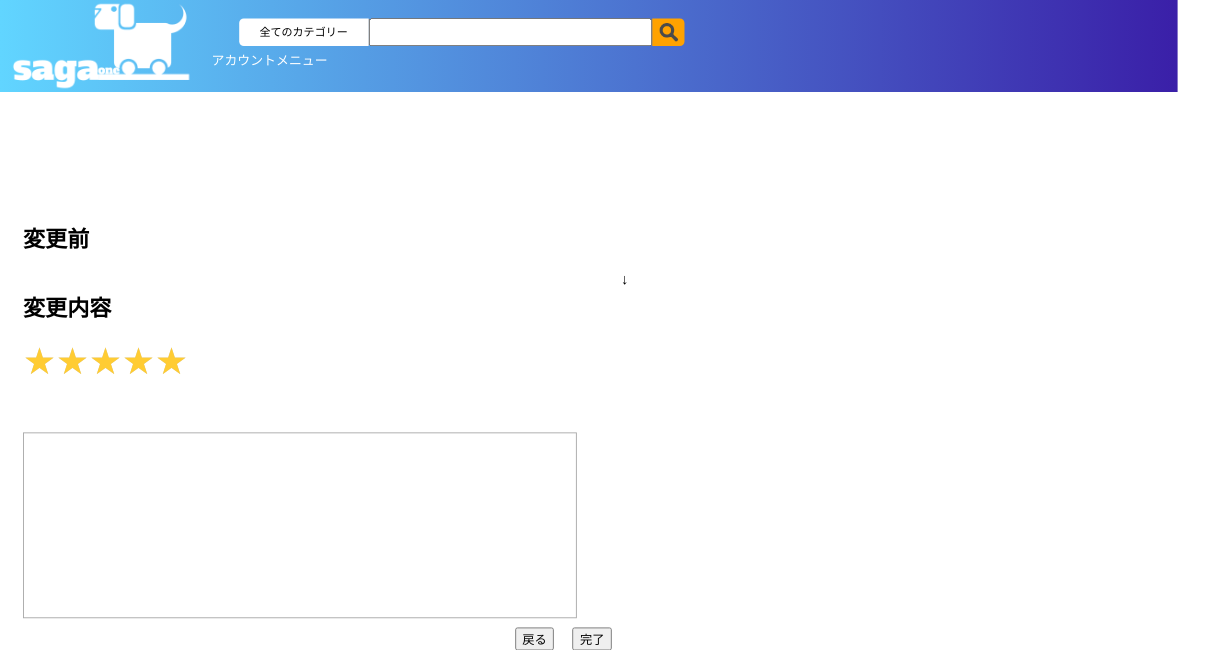
Repository: a4b3c2d1/backup
Page: http://localhost/sagaone-master/reviewChangeConfirm.jsp
The author's editor kept a copy of each file at every save. The page is drawn from the files as they stood at one save, then again after the next save.
The browser window is 1280 px wide. The page is 1315 px wide, so the pictures cover 1315 px, including what lies to the right of the window. The pictures show the whole page, at 92% of full size.
The page is served by Tomcat 9.

Above is the page before, as saved 2018-01-21 11:29:06.

After the next save:
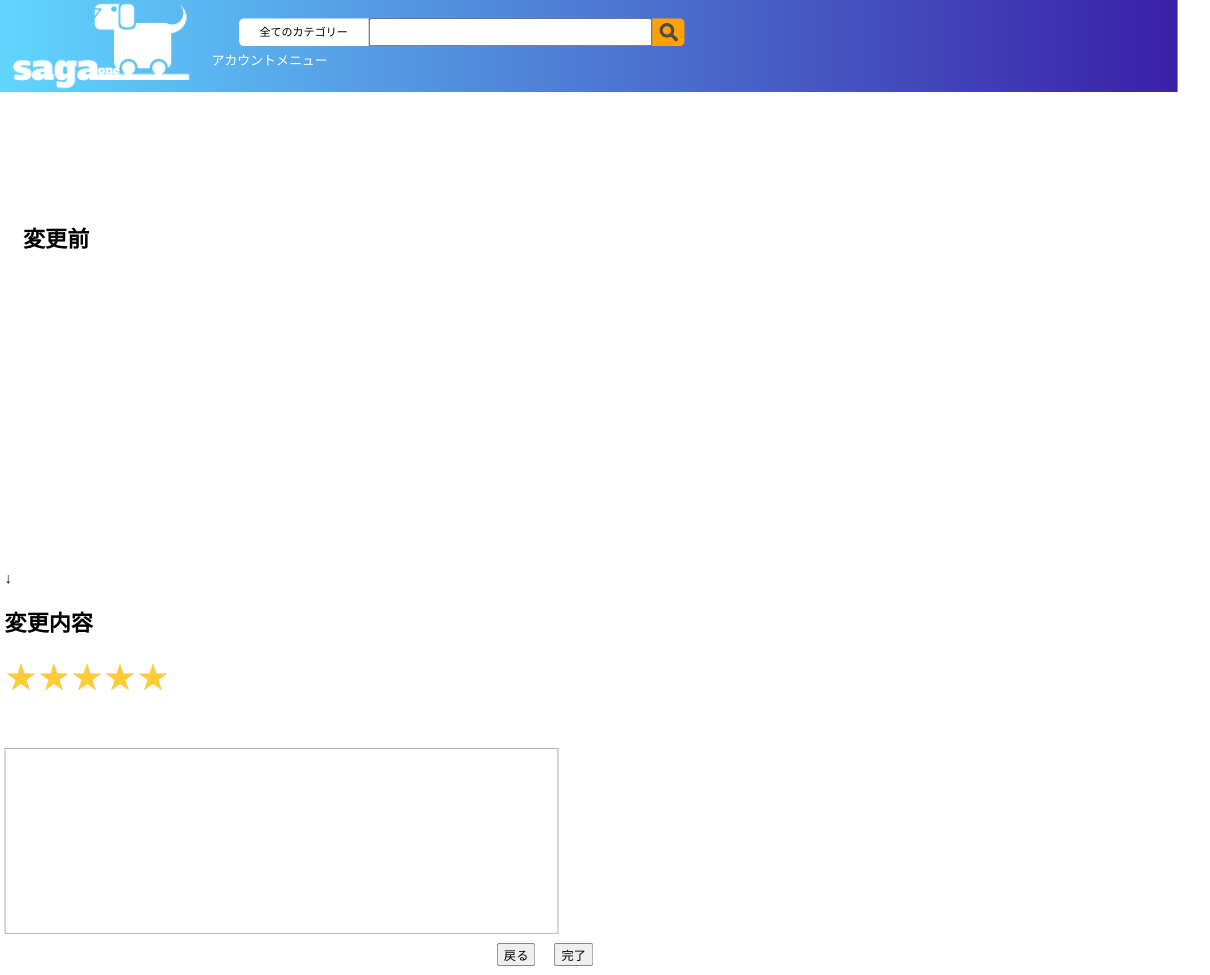
Saved 93 s later.
--- a/sagaone-master/WebContent/reviewChangeConfirm.jsp
+++ b/sagaone-master/WebContent/reviewChangeConfirm.jsp
@@ -171,9 +171,9 @@
 					</div>
 				</div>
 			</s:iterator>
-
-			<span>↓</span>
-
+		</div>
+		<span>↓</span>
+		<div class="main2">
 			<div class="review2">
 				<h2>変更内容</h2>
 				<div class="rating">
